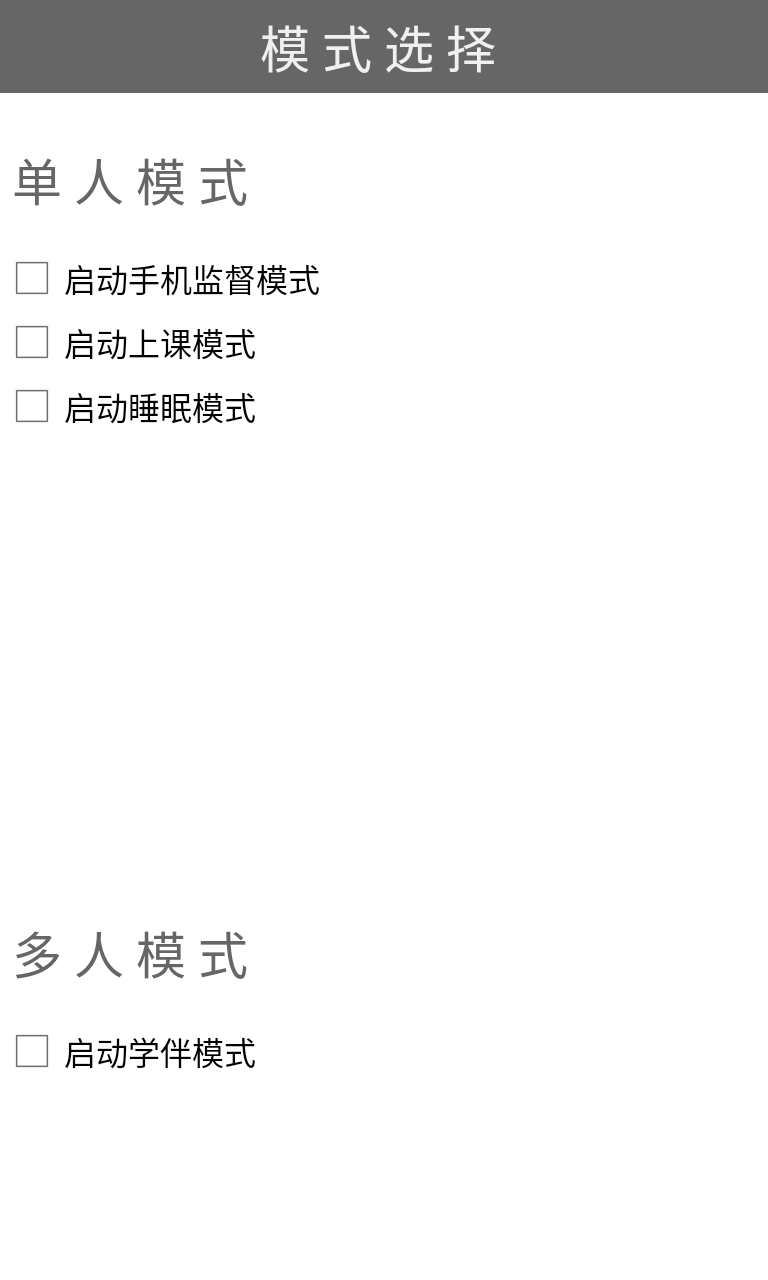
Repository: 17390089054/android
Layout: learning/res/layout/activity_second.xml
An editor plug-in stored every save of this project. The layout is shown before and after the next save, followed by the edit.
It is drawn on a 768 x 1280 px phone screen (xhdpi) without system bars, with theme AppTheme; the app's code is not run.

Above is the layout before, as saved 2018-05-01 14:07:38.

### learning/res/layout/activity_second.xml
<?xml version="1.0" encoding="utf-8"?>
<LinearLayout xmlns:android="http://schemas.android.com/apk/res/android"
    android:layout_width="match_parent"
    android:layout_height="match_parent"
    android:orientation="vertical" >

    <TextView
        android:id="@+id/tv"
        android:layout_width="match_parent"
        android:layout_height="wrap_content"
        android:gravity="center"
        android:textSize="25sp"
        android:padding="5dp"
        android:background="#666"
        android:textColor="#f0f0f0"
        android:text=" 模 式 选 择  " />
    <LinearLayout
        android:layout_width="match_parent"
        android:layout_height="match_parent"
        android:layout_weight="1"
        android:orientation="vertical"
        >
        <TextView
            android:layout_width="match_parent"
            android:layout_height="wrap_content"
			android:textSize="25sp"
			android:textColor="#666"
			android:layout_marginTop="25dp"
            android:text=" 单 人 模 式 "
            />
       <CheckBox
           android:layout_width="wrap_content"
			android:layout_height="wrap_content"
			android:layout_marginTop="15dp"
			android:text="启动手机监督模式"
           />

        <CheckBox
           android:layout_width="wrap_content"
			android:layout_height="wrap_content"
			android:text="启动上课模式"
           />

         <CheckBox
           android:layout_width="wrap_content"
			android:layout_height="wrap_content"
			android:text="启动睡眠模式"  />
    </LinearLayout>
	<LinearLayout
	    android:layout_width="match_parent"
	    android:layout_height="match_parent"
		android:orientation="vertical"
		android:layout_weight="2"
	    >
	  <TextView
	      android:layout_width="wrap_content"
	      android:layout_height="wrap_content"
	      android:textSize="25sp"
		  android:textColor="#666"
	      android:text=" 多 人 模 式 "
	      />
	      <CheckBox
           android:layout_width="wrap_content"
			android:layout_height="wrap_content"
			android:layout_marginTop="15dp"
			android:text="启动学伴模式"
           />

	</LinearLayout>
</LinearLayout>

Loaded but not shown: learning/res/values/styles.xml (common file); learning/res/values-v11/styles.xml (common file); learning/res/values-v14/styles.xml (common file)

After the next save:
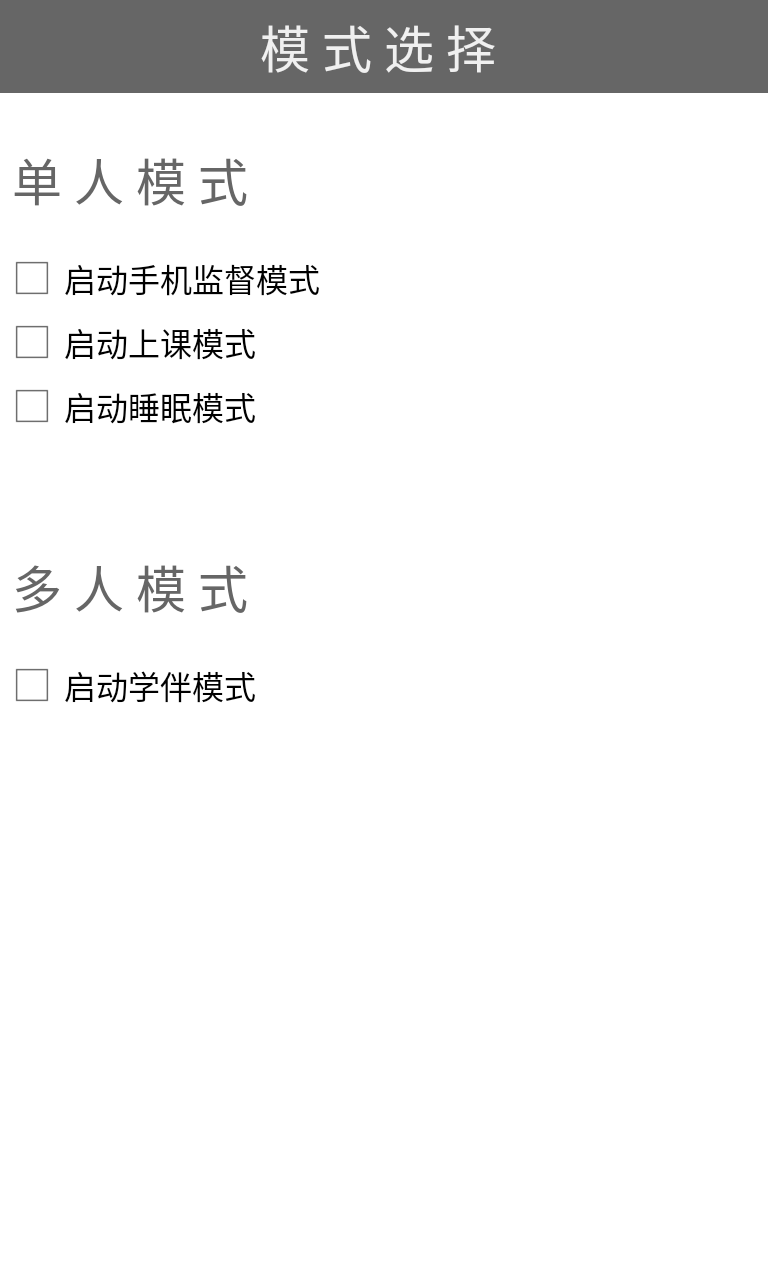
Saved 21 s later.
--- a/learning/res/layout/activity_second.xml
+++ b/learning/res/layout/activity_second.xml
@@ -17,7 +17,7 @@
     <LinearLayout
         android:layout_width="match_parent"
         android:layout_height="match_parent"
-        android:layout_weight="1"
+        android:layout_weight="3"
         android:orientation="vertical"
         >
         <TextView
